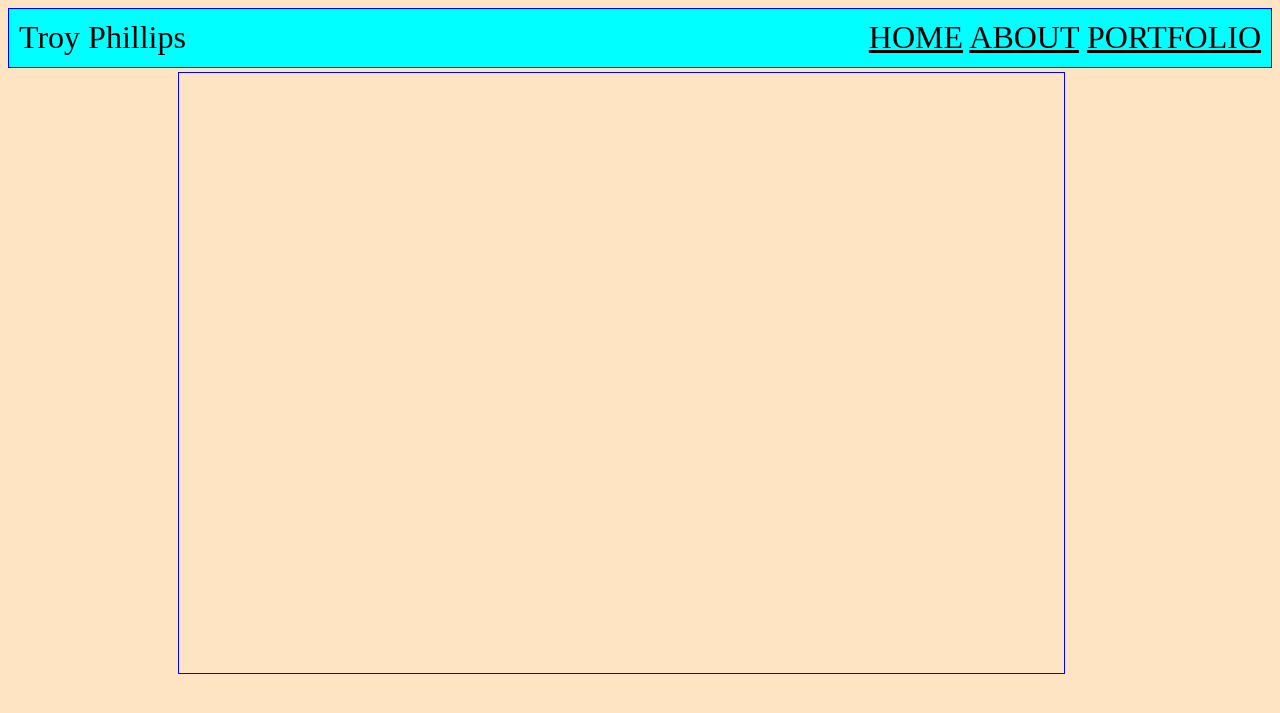
Repository: TheTroyPhillips/Personal-website
Page: portfolio.html
An editor plug-in stored every save of this project. The page is shown before and after a run of saves, followed by the edit.
The browser window is 1280 px wide. The pictures show the whole page.

Above is the page before, as saved 2023-09-10 22:30:43.

After the next 2 saves:
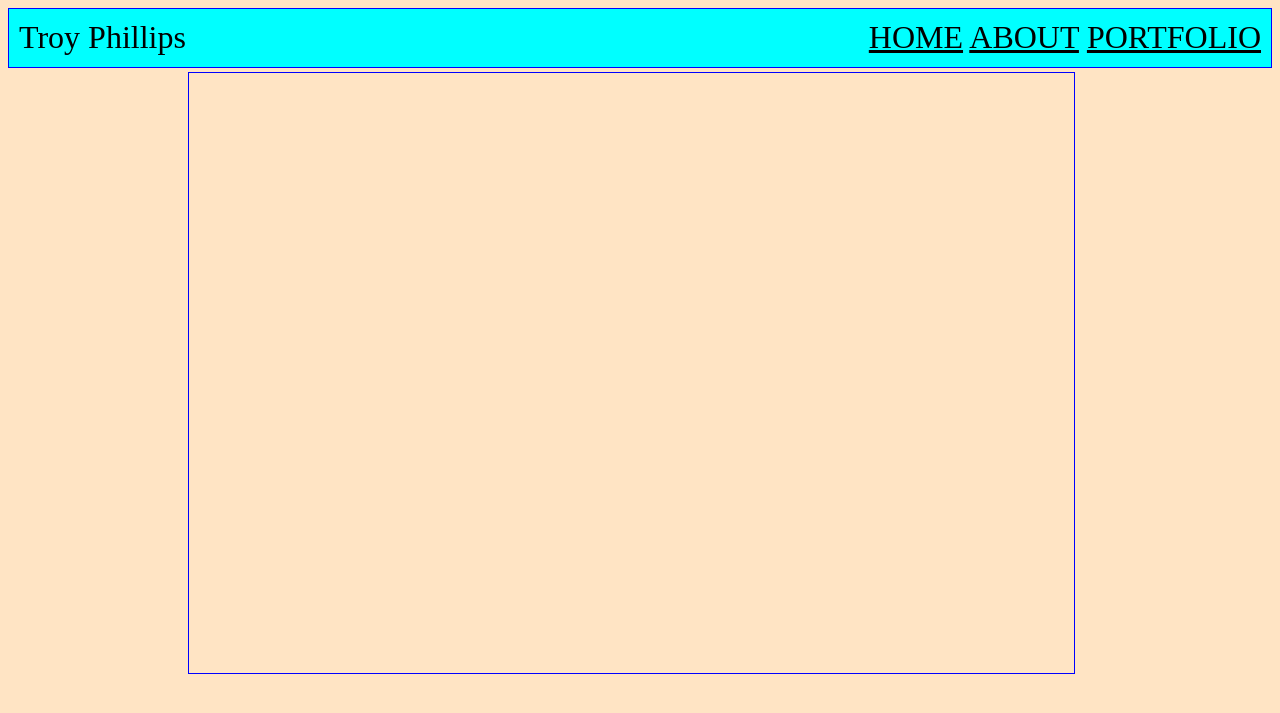
The 2 saves are shown as one change because they came seconds apart.
The last was saved 7 s later.
--- a/style.css
+++ b/style.css
@@ -51,5 +51,5 @@ h2{
     width: 70%;
     height: 600px;
     border: 1px solid blue;
-    margin-left: 170px;
+    margin-left: 180px;
 }
